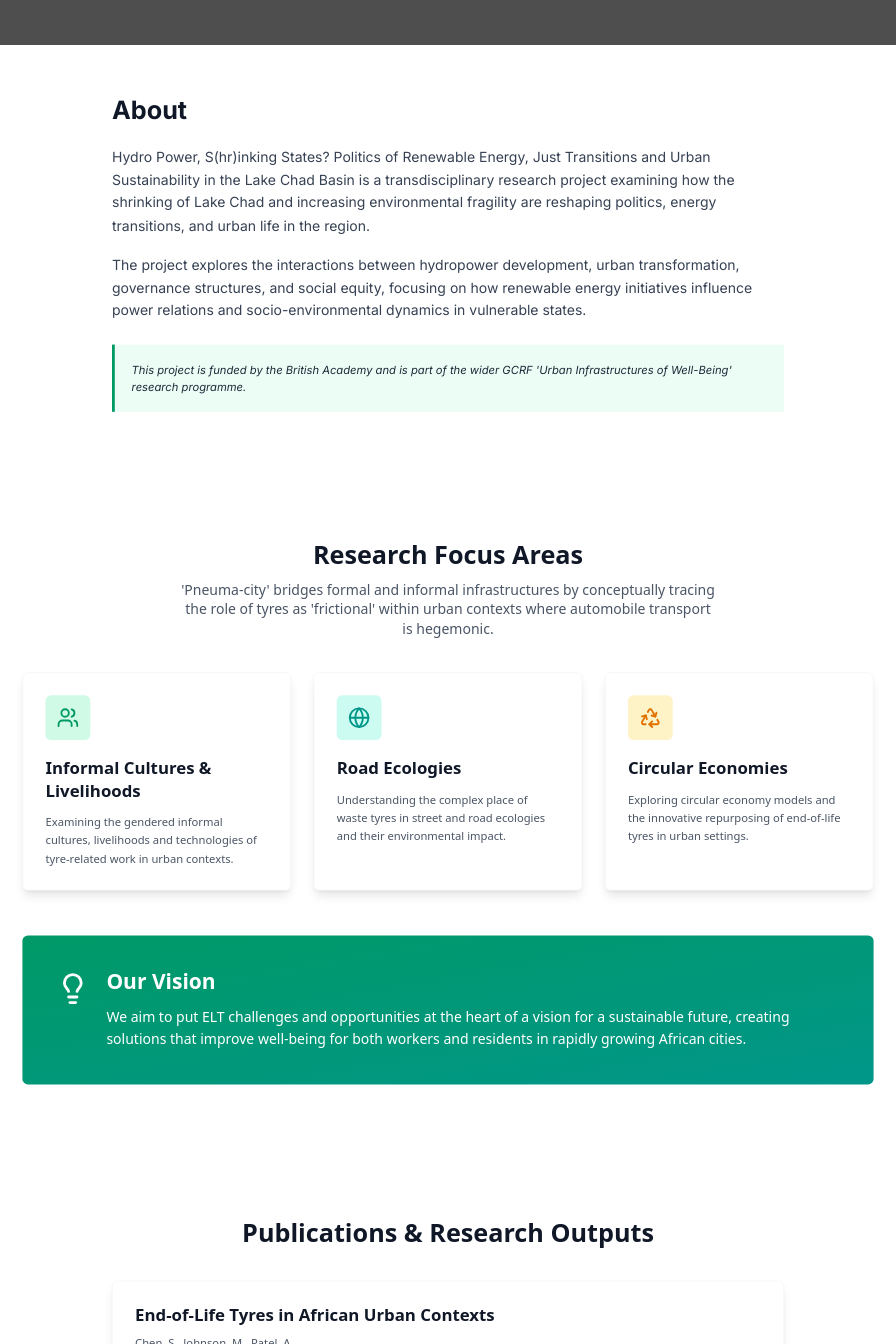
Repository: tiossdav/codesria
Page: /
The author's editor kept a copy of each file at every save. The page is drawn from the files as they stood at one save, then again after the next save.
The browser window is 1280 px wide. The pictures show the part of the page from y = 735 to 2655 px (the page is 5251 px tall before and 5468 px after), at 70% of full size.
Pictures or frames that could not be fetched are drawn as grey boxes. The project was rebuilt for these pictures with package versions that can differ from the ones it lists, and the page was loaded fresh each time. Also part of the build but not shown: vite.config.ts.

Above is the page before, as saved 2025-11-19 17:08:13.

After the next save:
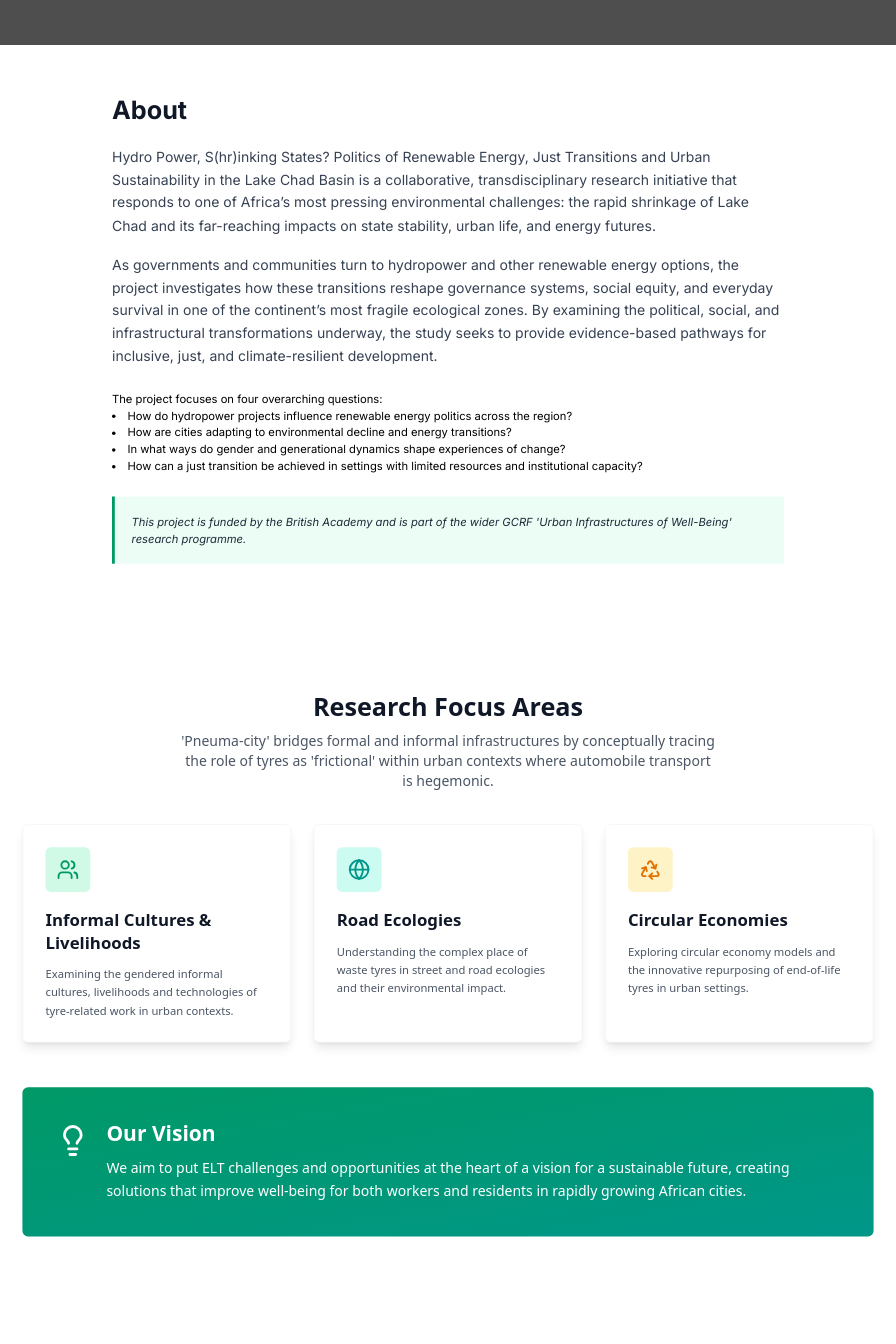
Saved 6 min 4 s later.
--- a/src/pages/About.tsx
+++ b/src/pages/About.tsx
@@ -6,16 +6,39 @@ function About() {
         <p className="text-xl text-gray-700 leading-relaxed mb-6">
           Hydro Power, S(hr)inking States? Politics of Renewable Energy, Just
           Transitions and Urban Sustainability in the Lake Chad Basin is a
-          transdisciplinary research project examining how the shrinking of Lake
-          Chad and increasing environmental fragility are reshaping politics,
-          energy transitions, and urban life in the region.
+          collaborative, transdisciplinary research initiative that responds to
+          one of Africa’s most pressing environmental challenges: the rapid
+          shrinkage of Lake Chad and its far-reaching impacts on state
+          stability, urban life, and energy futures.
         </p>
         <p className="text-xl text-gray-700 leading-relaxed mb-8">
-          The project explores the interactions between hydropower development,
-          urban transformation, governance structures, and social equity,
-          focusing on how renewable energy initiatives influence power relations
-          and socio-environmental dynamics in vulnerable states.
+          As governments and communities turn to hydropower and other renewable
+          energy options, the project investigates how these transitions reshape
+          governance systems, social equity, and everyday survival in one of the
+          continent’s most fragile ecological zones. By examining the political,
+          social, and infrastructural transformations underway, the study seeks
+          to provide evidence-based pathways for inclusive, just, and
+          climate-resilient development.
         </p>
+        <p>The project focuses on four overarching questions:</p>
+        <ul className="list-disc list-inside mb-6">
+          <li>
+            How do hydropower projects influence renewable energy politics
+            across the region?
+          </li>
+          <li>
+            How are cities adapting to environmental decline and energy
+            transitions?
+          </li>
+          <li>
+            In what ways do gender and generational dynamics shape experiences
+            of change?
+          </li>
+          <li>
+            How can a just transition be achieved in settings with limited
+            resources and institutional capacity?
+          </li>
+        </ul>
 
         <div className="bg-emerald-50 border-l-4 border-emerald-600 p-6 my-8">
           <p className="text-gray-800 italic">
